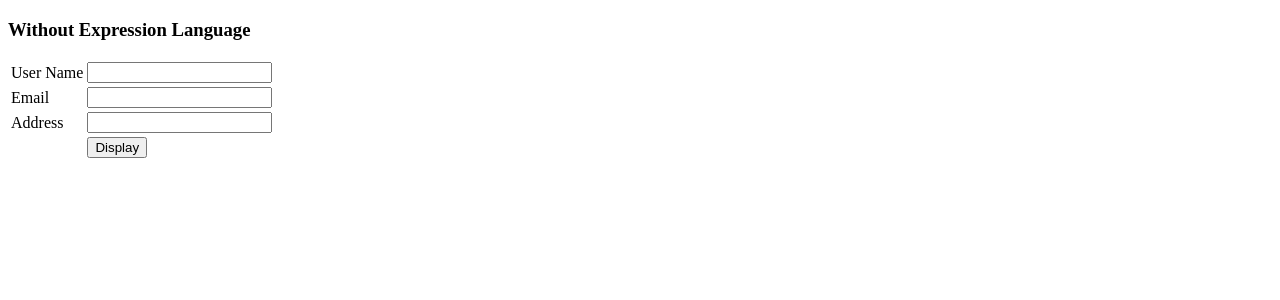
Repository: HsuMon123/Testing-Java-EE
Page: http://localhost/05-EL/
These files come from the project's save history. The page is drawn as it stood at one moment and after the next save; the edit follows.
The browser window is 1280 px wide. The pictures show the whole page.
The page is served by Tomcat 9.

Above is the page before, as saved 2020-12-21 00:45:42.

After the next save:
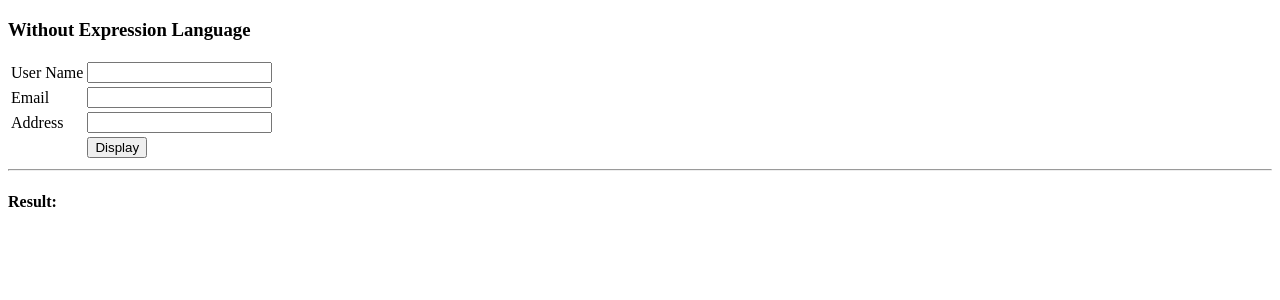
Saved 94 s later.
--- a/05-EL/src/main/webapp/index.jsp
+++ b/05-EL/src/main/webapp/index.jsp
@@ -54,6 +54,11 @@
 			</tr>
 		</table>
 	</form>
+	<hr />
+	<h4>Result:</h4>
+	<%
+		if(!name.equals("") && !email.equals("") && !add.equals(""))
+	%>
 
 </body>
 </html>
